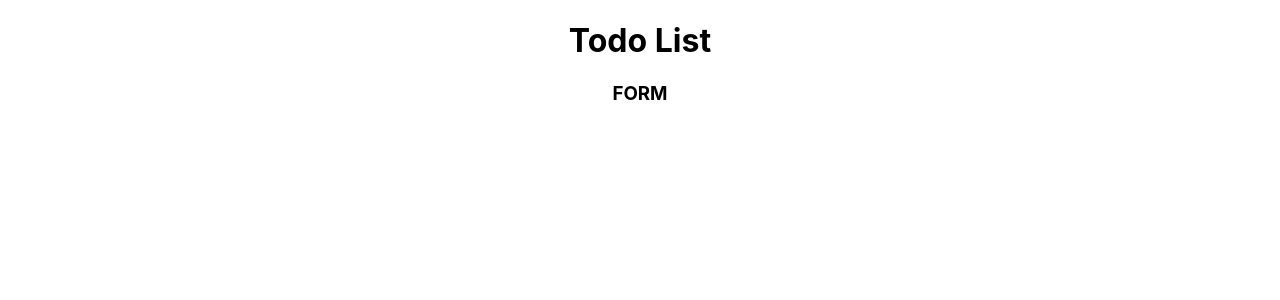
Repository: johnmutina/todo-list
Page: /
An editor plug-in stored every save of this project. The page is shown before and after the next save, followed by the edit.
The browser window is 1280 px wide. The pictures show the whole page.
The project was rebuilt for these pictures with package versions that can differ from the ones it lists, and the page was loaded fresh each time.

Above is the page before, as saved 2019-06-30 15:56:28.

After the next save:
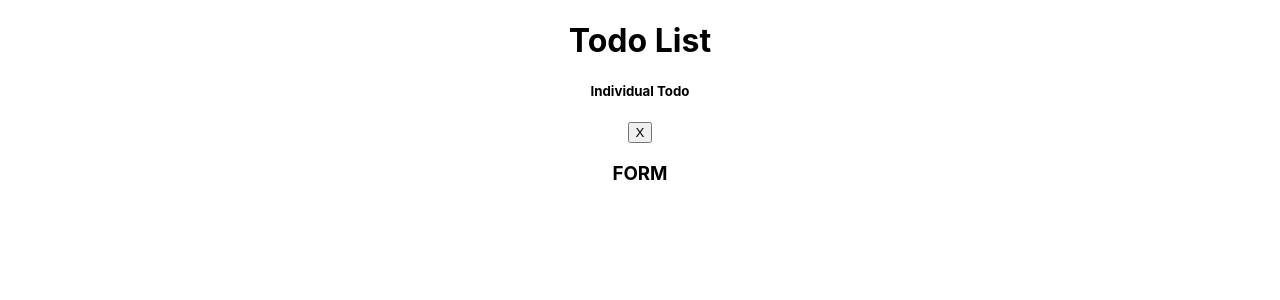
Saved 9 s later.
--- a/src/TodoList.js
+++ b/src/TodoList.js
@@ -10,6 +10,7 @@ class TodoList extends Component {
         {
           // TODO: add individual todos
         }
+        <Todo />
         <NewTodoForm />
       </div>
     );
